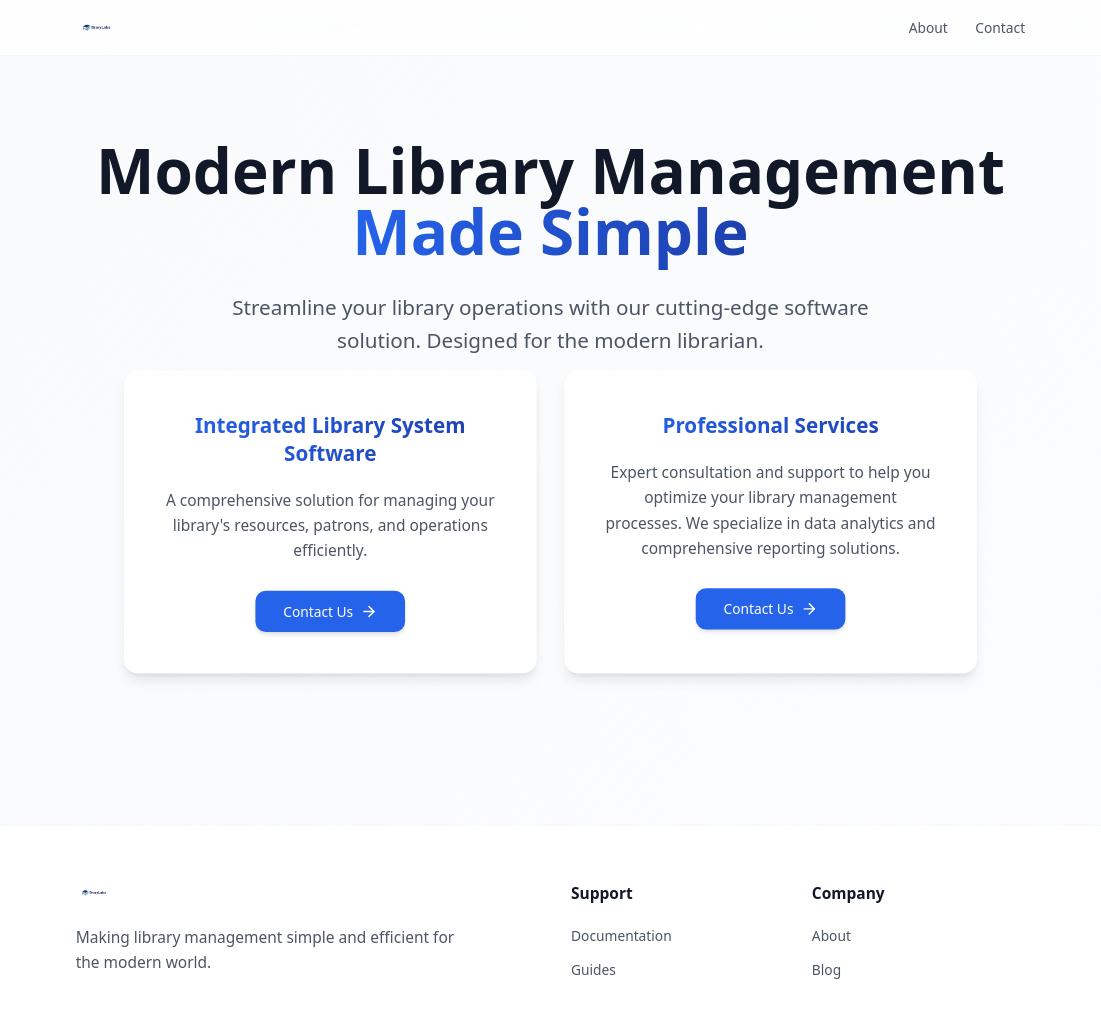
Repository: bgroble14/brarylabs-website
Page: /contact
These files come from the project's save history. The page is drawn as it stood at one moment and after the next save; the edit follows.
The browser window is 1280 px wide. The pictures show the whole page, at 86% of full size.
The project was rebuilt for these pictures with package versions that can differ from the ones it lists, and the page was loaded fresh each time. Also part of the build but not shown: vite.config.ts.

Above is the page before, as saved 2025-01-16 17:09:23.

### src/App.tsx
import React from 'react';
import { Book, ArrowRight } from 'lucide-react';

interface SectionProps {
  title: string;
  description: string;
}

const Section: React.FC<SectionProps> = ({ title, description }) => (
  <div className="w-full p-12 bg-white rounded-2xl shadow-lg hover:shadow-xl transition-all duration-300 flex flex-col items-center text-center relative overflow-hidden group">
    <div className="absolute inset-0 bg-gradient-to-br from-blue-50/50 to-transparent opacity-0 group-hover:opacity-100 transition-opacity duration-300" />

    <div className="relative z-10">
      <h3 className="text-2xl font-semibold mb-6 bg-clip-text text-transparent bg-gradient-to-r from-blue-600 to-blue-800">
        {title}
      </h3>
      <p className="text-gray-600 mb-8 text-lg leading-relaxed max-w-md">
        {description}
      </p>
      <button className="bg-blue-600 text-white px-8 py-3 rounded-xl hover:bg-blue-700 flex items-center mx-auto font-medium shadow-md hover:shadow-lg transition-all duration-300 group/button">
        Contact Us
        <ArrowRight className="ml-2 h-5 w-5 transform group-hover/button:translate-x-1 transition-transform" />
      </button>
    </div>
  </div>
);

function App() {
  return (
    <div className="min-h-screen bg-gradient-to-br from-gray-50 to-blue-50/30">
      {/* Navigation */}
      <nav className="bg-white/80 backdrop-blur-md sticky top-0 z-50 border-b border-gray-100">
        <div className="max-w-6xl mx-auto px-6 py-4">
          <div className="flex justify-between items-center">
            <div className="flex items-center space-x-3">
              <div className="flex items-center group">
                <img
                  src="/logo-transparent.png"
                  alt="BraryLabs Logo"
                  className="h-8 w-auto transform group-hover:scale-110 transition-transform duration-300 mix-blend-multiply"
                />
              </div>
            </div>
            <div className="flex space-x-8">
              <a href="#about" className="text-gray-600 hover:text-blue-600 transition-colors font-medium">About</a>
              <a href="#contact" className="text-gray-600 hover:text-blue-600 transition-colors font-medium">Contact</a>
            </div>
          </div>
        </div>
      </nav>

      {/* Hero Section */}
      <div className="relative overflow-hidden">
        <div className="max-w-6xl mx-auto px-6 pt-24 pb-20">
          <div className="text-center relative z-10">
            <h1 className="text-5xl md:text-7xl font-bold mb-8 leading-tight">
              <span className="text-gray-900">Modern Library Management</span>
              <br />
              <span className="bg-clip-text text-transparent bg-gradient-to-r from-blue-600 to-blue-800">
                Made Simple
              </span>
            </h1>
            <p className="text-2xl text-gray-600 mb-4 max-w-3xl mx-auto font-medium leading-relaxed">
              Streamline your library operations with our cutting-edge software solution.
              Designed for the modern librarian.
            </p>

            {/* Service Sections */}
            <div className="grid md:grid-cols-2 gap-8 max-w-5xl mx-auto px-4">
              <Section
                title="Integrated Library System Software"
                description="A comprehensive solution for managing your library's resources, patrons, and operations efficiently."
              />
              <Section
                title="Professional Services"
                description="Expert consultation and support to help you optimize your library management processes. We specialize in data analytics and comprehensive reporting solutions."
              />
            </div>
          </div>
        </div>
      </div>

      {/* Footer */}
      <footer className="bg-white mt-24 border-t border-gray-100">
        <div className="max-w-6xl mx-auto px-6 py-16">
          <div className="grid md:grid-cols-2 gap-12">
            <div>
              <div className="flex items-center space-x-2 mb-6">
                <img
                  src="/logo-transparent.png"
                  alt="BraryLabs Logo"
                  className="h-7 w-auto mix-blend-multiply"
                />
              </div>
              <p className="text-gray-600 text-lg leading-relaxed max-w-md">
                Making library management simple and efficient for the modern world.
              </p>
            </div>
            <div className="grid grid-cols-2 gap-8">
              <div>
                <h3 className="font-semibold text-lg mb-6 text-gray-900">Support</h3>
                <ul className="space-y-4">
                  <li>
                    <a href="#docs" className="text-gray-600 hover:text-blue-600 transition-colors">
                      Documentation
                    </a>
                  </li>
                  <li>
                    <a href="#guides" className="text-gray-600 hover:text-blue-600 transition-colors">
                      Guides
                    </a>
                  </li>
                </ul>
              </div>
              <div>
                <h3 className="font-semibold text-lg mb-6 text-gray-900">Company</h3>
                <ul className="space-y-4">
                  <li>
                    <a href="#about" className="text-gray-600 hover:text-blue-600 transition-colors">
                      About
                    </a>
                  </li>
                  <li>
                    <a href="#blog" className="text-gray-600 hover:text-blue-600 transition-colors">
                      Blog
                    </a>
                  </li>
                </ul>
              </div>
            </div>
          </div>
        </div>
      </footer>
    </div>
  );
}

export default App;

Loaded but not shown: index.html (common file); src/main.tsx (common file); src/index.css (common file); tailwind.config.js (common file)

After the next save:
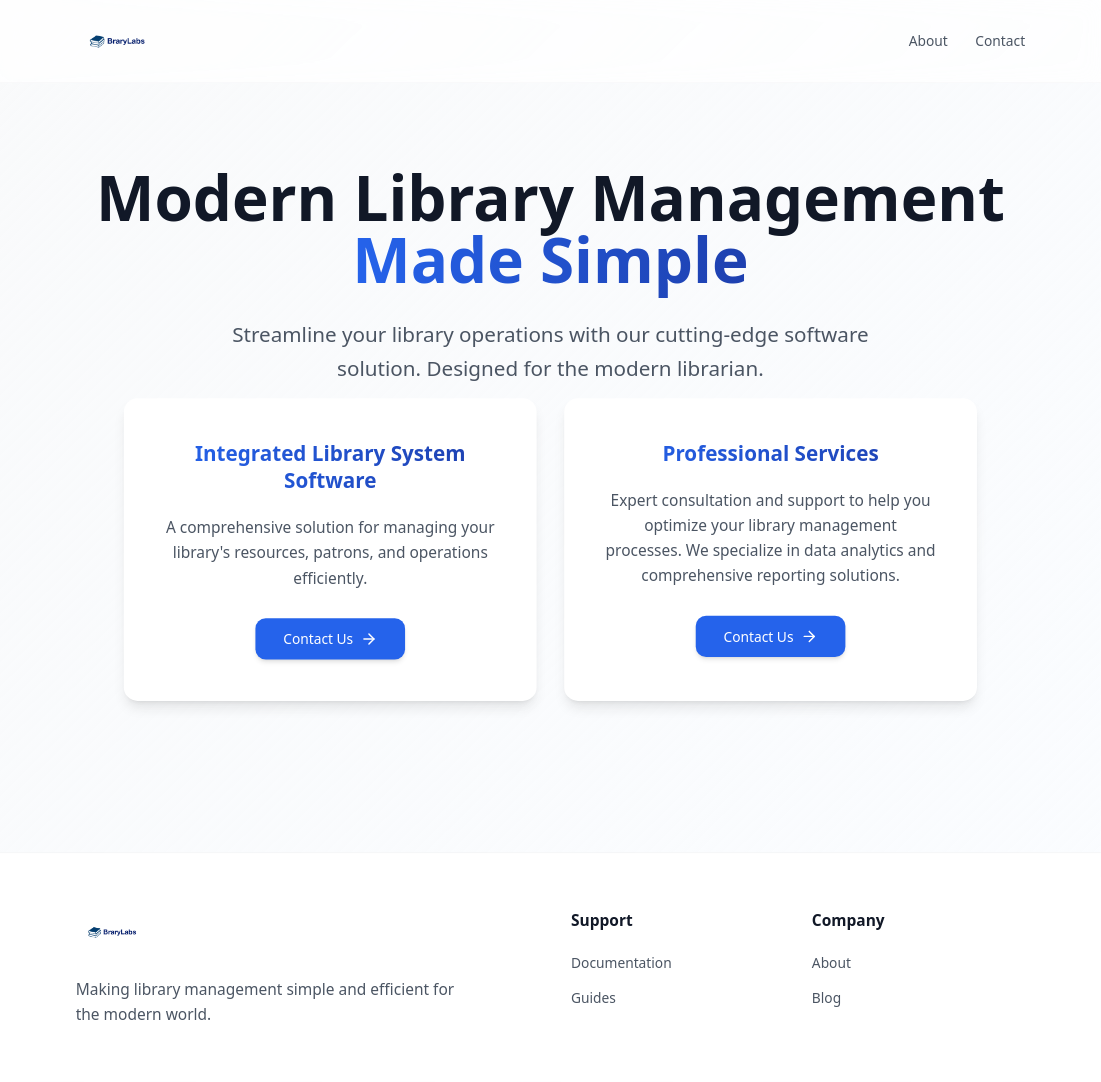
Saved 7 min 57 s later.
--- a/src/App.tsx
+++ b/src/App.tsx
@@ -37,7 +37,7 @@ function App() {
                 <img
                   src="/logo-transparent.png"
                   alt="BraryLabs Logo"
-                  className="h-8 w-auto transform group-hover:scale-110 transition-transform duration-300 mix-blend-multiply"
+                  className="h-16 w-auto transform group-hover:scale-110 transition-transform duration-300 mix-blend-multiply"
                 />
               </div>
             </div>
@@ -89,7 +89,7 @@ function App() {
                 <img
                   src="/logo-transparent.png"
                   alt="BraryLabs Logo"
-                  className="h-7 w-auto mix-blend-multiply"
+                  className="h-14 w-auto mix-blend-multiply"
                 />
               </div>
               <p className="text-gray-600 text-lg leading-relaxed max-w-md">
